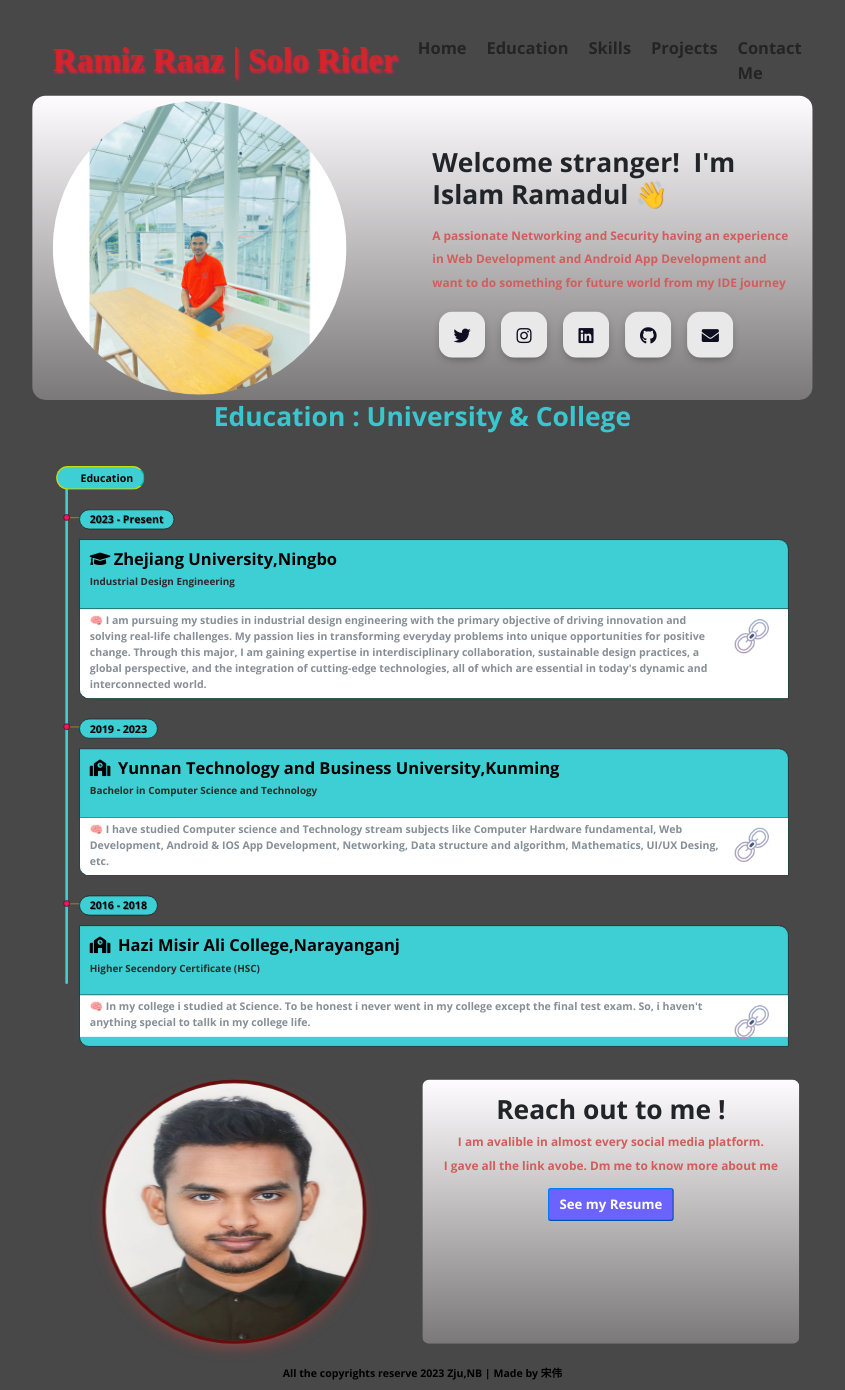
Repository: ramizraaz/ZjuProtfolio
Page: index.html
An editor plug-in stored every save of this project. The page is shown before and after the next save, followed by the edit.
The browser window is 1280 px wide. The pictures show the whole page, at 66% of full size.
Some web fonts or font styles are not loaded; a fallback is used. Some web libraries are served in a nearby version.

Above is the page before, as saved 2023-10-08 19:47:37.

### index.html
<!DOCTYPE html>
<html lang="en" dir="ltr">

<head>
    <meta charset="utf-8">
    <meta name="viewport" content="width=device-width,initial-scale=1">
    <title>宋伟's Profile | Personal website</title>
    <link rel="icon" href="Image/RR.png">
    <link rel="stylesheet" href="https://stackpath.bootstrapcdn.com/bootstrap/4.5.0/css/bootstrap.min.css" integrity="sha384-9aIt2nRpC12Uk9gS9baDl411NQApFmC26EwAOH8WgZl5MYYxFfc+NcPb1dKGj7Sk" crossorigin="anonymous">
    <link rel="stylesheet" href="style.css">
    <link href="https://fonts.googleapis.com/css2?family=Arizonia&family=Montserrat:wght@400;800&display=swap" rel="stylesheet">
    <link href="https://fonts.googleapis.com/css2?family=Open+Sans:wght@700&display=swap" rel="stylesheet">
    <link rel="stylesheet" href="https://use.fontawesome.com/releases/v5.4.1/css/all.css" />
    <link rel="stylesheet" href="https://cdnjs.cloudflare.com/ajax/libs/font-awesome/5.13.1/css/all.min.css">
    <script src="https://code.jquery.com/jquery-3.5.1.slim.min.js" integrity="sha384-DfXdz2htPH0lsSSs5nCTpuj/zy4C+OGpamoFVy38MVBnE+IbbVYUew+OrCXaRkfj" crossorigin="anonymous"></script>
    <script src="https://cdn.jsdelivr.net/npm/popper.js@1.16.0/dist/umd/popper.min.js" integrity="sha384-Q6E9RHvbIyZFJoft+2mJbHaEWldlvI9IOYy5n3zV9zzTtmI3UksdQRVvoxMfooAo" crossorigin="anonymous"></script>
    <script src="https://stackpath.bootstrapcdn.com/bootstrap/4.5.0/js/bootstrap.min.js" integrity="sha384-OgVRvuATP1z7JjHLkuOU7Xw704+h835Lr+6QL9UvYjZE3Ipu6Tp75j7Bh/kR0JKI" crossorigin="anonymous"></script>
</head>

<body class="container-fluid body_section">
    <header>
        <nav class="navbar navbar-expand-lg navbar-light ">
            <a class="navbar-brand brand-name" href="#">Ramiz Raaz | Solo Rider</a>
            <button class="navbar-toggler" type="button" data-toggle="collapse" data-target="#navbarSupportedContent" aria-controls="navbarSupportedContent" aria-expanded="false" aria-label="Toggle navigation">
                  <span class="navbar-toggler-icon"></span>
                </button>
            <div class="collapse navbar-collapse" id="navbarSupportedContent">
                <ul class="navbar-nav ml-auto">
                    <li class="nav-item">
                        <a class="nav-link headerachor" href="index.html">Home</a>
                    </li>

                    <li class="nav-item">
                        <a class="nav-link headerachor" href="#Education">Education</a>
                    </li>
                    <li class="nav-item">
                        <a class="nav-link headerachor" href="">Skills</a>
                    </li>
                    <li class="nav-item">
                        <a class="nav-link headerachor" href="">Projects</a>
                    </li>
                    <li class="nav-item">
                        <a class="nav-link headerachor" href="">Contact Me</a>
                    </li>
                </ul>
        </nav>
    </header>
    <!-- Intro Section -->
    <section id="Home">
        <div class="row column1">
            <div class="col-lg-6 col-md-6 first-image">
                <img class="boyimage" src="img/me.gif" alt="">
            </div>
            <div class="col-lg-6 section-1">
                <h1 class="Hello">Welcome stranger!&nbsp&nbspI'm Islam Ramadul <span class="wave">👋</span></h1>
                <p>A passionate Networking and Security having an experience in Web Development and Android App Development and want to do something for future world from my IDE journey</p>
                <div class=social_media_icon>
                    <a class="btn" href="https://twitter.com/ramiz_raaz" target=_blank>
                        <i class="fab fa-twitter"></i>
                    </a>
                    <a class="btn" href="https://www.instagram.com/ramiz_raaz/" target=_blank>
                        <i class="fab fa-instagram"></i>
                    </a>
                    <a class="btn" href="https://www.linkedin.com/" target=_blank>
                        <i class="fab fa-linkedin" aria-hidden="true"></i>
                    </a>
                    <a class="btn" href="https://github.com/ramizraaz" target=_blank>
                        <i class="fab fa-github"></i>
                    </a>
                    <a class="btn" href="mailto:romiz.romeo.raaz@gmail.com/" target=_blank>
                        <i class="fa fa-envelope"></i>
                    </a>
                </div>
            </div>
    </section>
    <!-- Education Section -->
    <section id="Education">
        <div class="container">
            <div class="Heading">
                <h1>Education : University & College</h1>
                <br>
            </div>
            <div class="timeline">
                <div class="timeline-month">
                    Education
                </div>
                <div class="timeline-section">
                    <div class="timeline-date">
                        2023 - Present
                    </div>
                    <div class="row">
                        <div class="col-lg">
                            <div class="timeline-box">
                                <div class="box-title">
                                    <i class="fas fa-graduation-cap" aria-hidden="true"></i>Zhejiang University,Ningbo
                                    <p class="degree">Industrial Design Engineering</p>
                                </div>
                                <div class="box-content">
                                    <a class="btn-sm  float-right" role="button" href="https://www.zju.edu.cn/english/" target=_blank><img src="img/BTN.png" alt="visit here"></a>
                                    <div class="box-item">🧠 I am pursuing my studies in industrial design engineering with the primary objective of driving innovation and solving real-life challenges. My passion lies in transforming everyday problems into unique opportunities
                                        for positive change. Through this major, I am gaining expertise in interdisciplinary collaboration, sustainable design practices, a global perspective, and the integration of cutting-edge technologies, all of which
                                        are essential in today's dynamic and interconnected world.</div>
                                </div>
                            </div>
                        </div>
                    </div>
                </div>

                <div class="timeline-section">
                    <div class="timeline-date">
                        2019 - 2023
                    </div>
                    <div class="row">
                        <div class="col-lg">
                            <div class="timeline-box">
                                <div class="box-title">
                                    <i class="fas fa-school" aria-hidden="true"></i> Yunnan Technology and Business University,Kunming
                                    <p class="degree">Bachelor in Computer Science and Technology</p>
                                </div>
                                <div class="box-content">
                                    <a class="btn-sm  float-right" role="button" href="https://www.ytbu.edu.cn/" target=_blank><img src="img/BTN.png" alt="visit here"></a>
                                    <div class="box-item ">🧠 I have studied Computer science and Technology stream subjects like Computer Hardware fundamental, Web Development, Android & IOS App Development, Networking, Data structure and algorithm, Mathematics, UI/UX Desing,
                                        etc.
                                    </div>

                                </div>
                            </div>
                        </div>
                    </div>
                </div>

                <div class="timeline-section ">
                    <div class="timeline-date ">
                        2016 - 2018
                    </div>
                    <div class="row ">
                        <div class="col-lg ">
                            <div class="timeline-box ">
                                <div class="box-title ">
                                    <i class="fas fa-school " aria-hidden="true "></i> Hazi Misir Ali College,Narayanganj
                                    <p class="degree "> Higher Secendory Certificate (HSC)</p>
                                </div>
                                <div class="box-content ">
                                    <a class="btn-sm float-right " role="button" href="http://hmuc.edu.bd/" target=_blank><img src="img/BTN.png" alt="visit here"></a>
                                    <div class="box-item ">🧠 In my college i studied at Science. To be honest i never went in my college except the final test exam. So, i haven't anything special to tallk in my college life.</div>
                                    <div class="box-item "><b>
                                </div>
                            </div>
                        </div>
                    </div>
                </div>
            </div>
        </div>
    </section>
<!-- Contact Section -->
<section id="contact">
    <div class="row first-section">
        <div class="col-lg-6 col-md-6">
            <img class = "Profilepic" src="img/me.jpg" alt="">
        </div>
        <div class="col-lg-6 col-md-6 context">
            <h1>Reach out to me !</h1>
            <p>I am avalible in almost every social media platform.<br>
                I gave all the link avobe. Dm me to know more about me</p>
                <a href="JCRN  Resume.pdf" target=_blank><button type="button" class=" btn-primary btn-lg Resume">See my Resume</button></a>
         </div>
    </div>
    </section>

    <footer class=footer>All the copyrights reserve 2023 Zju,NB | Made by 宋伟</footer>
</body>

</html>

### style.css
body {
    font-family: 'Open Sans', sans-serif;
    margin: 0;
    background: #b1adad;
    animation: pulse 10s infinite;
}

@keyframes pulse {
    0% {
        background: #F2F2F2;
    }
    10% {
        background: #FFFFFF;
    }
    20% {
        background: #d6d6d6e2;
        ;
    }
    30% {
        background: #acacacd8;
    }
    40% {
        background: #6b6b6bcf;
    }
    50% {
        background: #484848;
    }
    60% {
        background: #292929c8;
    }
    70% {
        background: #2f2e2ebc;
    }
    80% {
        background: #242424bb;
    }
    90% {
        background: #1e1e1ef7;
    }
    100% {
        background: #a6a6a6;
    }
}

.body_section {
    padding: 3% 5% 1%;
}

p {
    font-size: 18px;
}

a {
    text-decoration: none;
}

@font-face {
    font-family: "Lovely Home";
    src: local('Lovely Home'), url("Image/LovelyHome-9aBZ.ttf") format('truetype');
}

.brand-name,
.navbar-light .navbar-brand {
    font-family: "Lovely Home";
    font-size: 50px;
    font-weight: bold;
    color: #d72525e4;
    text-shadow: 2px 2px 4px #e71f4a;
}

.headerachor {
    margin: 0 7px 0 7px;
    border-radius: 15px;
    font-size: 25px;
}

.headerachor:hover {
    background-color: #ffffff82;
}


/* Section 1 */

.column1 {
    background-image: linear-gradient(#fefcfe, #7a7878);
    padding: 8px 16px;
    border-radius: 20px;
}

.section-1 {
    margin-top: 6%;
    text-align: left;
    position: relative;
}

span.wave {
    animation-name: wave-animation;
    animation-duration: 2.5s;
    animation-iteration-count: infinite;
    transform-origin: 70% 70%;
    display: inline-block;
}

@keyframes wave-animation {
    0% {
        transform: rotate( 0.0deg)
    }
    10% {
        transform: rotate(-10.0deg)
    }
    20% {
        transform: rotate( 12.0deg)
    }
    30% {
        transform: rotate(-10.0deg)
    }
    40% {
        transform: rotate( 9.0deg)
    }
    50% {
        transform: rotate( 0.0deg)
    }
    100% {
        transform: rotate( 0.0deg)
    }
}

.boyimage {
    height: 445px;
    border-radius: 50%;
}

@media only screen and (max-width: 1183px) {
    .first-image {
        right: 160px;
    }
}

.Image-boy {
    text-align: center;
    align-items: center;
}

@media only screen and (min-width:951px) {
    .Image-boy {
        display: none;
    }
}

.Hello {
    margin-bottom: 20px;
}

p {
    line-height: 2;
    color: #d35d5d;
}

.btn {
    display: inline-block;
    width: 4.37rem;
    height: 4.37rem;
    background: #e9e9e9;
    padding: 0px 0px;
    margin: 10px;
    border-radius: 30%;
    box-shadow: 0 5px 15px -5px #00000070;
    color: #0f0d20;
    overflow: hidden;
    position: relative;
}

.btn i {
    line-height: 70px;
    font-size: 1.625rem;
    transition: 0.2s linear;
}

.btn:hover i {
    transform: scale(1.3);
    color: #f1f1f1;
}

.btn::before {
    content: "";
    position: absolute;
    width: 120%;
    height: 120%;
    background: #f37312;
    transform: rotate(45deg);
    left: -110%;
    top: 90%;
}

.btn:hover::before {
    animation: aaa 0.7s 1;
    top: -10%;
    left: -10%;
}

@media only screen and (max-width:470px) {
    .btn {
        width: 2.5rem;
        height: 2.5rem;
        margin: 7px;
    }
    .btn i {
        line-height: 40px;
        font-size: 1em;
    }
}


/* Education CSS */

.Heading {
    text-align: center;
    color: #3ac6ce;
}

.timeline {
    margin-top: 20px;
    position: relative;
}

.timeline:before {
    position: absolute;
    content: '';
    width: 4px;
    height: calc(100% - 100px);
    background: #3dcfd4;
    left: 14px;
    top: 5px;
    border-radius: 4px;
}

.timeline-month {
    color: black;
    position: relative;
    padding: 4px 15px 4px 35px;
    background-color: #3dcfd4;
    display: inline-block;
    width: auto;
    border-radius: 40px;
    border: 2px solid #c3e006;
    border-right-color: rgb(6, 193, 183);
    margin-bottom: 30px;
}

.timeline-section {
    padding-left: 35px;
    display: block;
    position: relative;
    margin-bottom: 30px;
}

.timeline-date {
    margin-bottom: 15px;
    padding: 2px 15px;
    background: #3dcfd4;
    position: relative;
    display: inline-block;
    border-radius: 20px;
    border: 1px solid #1b1717;
    color: black;
    text-shadow: 1px 1px 1px rgba(0, 0, 0, 0.3);
}

.timeline-section:before {
    content: '';
    position: absolute;
    width: 30px;
    height: 1px;
    background-color: #e89014;
    top: 12px;
    left: 20px;
}

.timeline-section:after {
    content: '';
    position: absolute;
    width: 10px;
    height: 10px;
    background: #f3155b;
    top: 7px;
    left: 11px;
    border: 1px solid #17191B;
    border-radius: 100%;
}

.timeline-box {
    position: relative;
    color: black;
    background-color: #3dcfd4;
    border-radius: 15px;
    border-top-left-radius: 0px;
    border-bottom-right-radius: 0px;
    border: 1px solid #17191B;
    transition: all 0.3s ease;
    overflow: hidden;
}

.box-icon {
    position: absolute;
    right: 5px;
    top: 0px;
}

.box-title {
    padding: 10px 15px;
    font-size: 25px;
    border-bottom: 1px solid #17191B;
}

.degree {
    font-size: 15px;
    color: #2b2b2b;
}

.box-title i {
    margin-right: 5px;
}

.box-content {
    padding: 5px 15px;
    background-color: white;
}

.box-item {
    margin-bottom: 5px;
    color: #868e96;
    font-weight: 400;
}

.certificate {
    padding-top: 20px;
}

.certificate-text {
    text-align: center;
}

.box-shadow {
    box-shadow: 5px 5px 5px #d9dbdf;
}


/* Contact style */

#contact {
    padding: 20px 20px 10px;
}

.first-section {
    text-align: center;
}

.Profilepic {
    border-radius: 100%;
    width: 400px;
    height: 400px;
    border: 5px solid;
    border-color: #660c0c;
    box-shadow: 0 10px 30px -15px rgba(230, 71, 71, 0.897);
    ;
}

.context {
    border-radius: 10px;
    background-image: linear-gradient(#fefcfe, #7a7878);
    text-align: center;
    padding-top: 20px;
}

.ico {
    padding: 0;
}

.icon {
    text-decoration: none;
    list-style: none;
    margin: 0 7px 0;
    display: inline;
}

.github {
    color: gray;
}

.instagram {
    color: #fb3958;
}

.linkedin {
    color: #0e76a8;
}

.google {
    color: #ea4335;
}

.github:hover,
.instagram:hover,
.google:hover,
.linkedin:hover {
    color: black;
}

.Resume {
    background-color: #6c63ff;
}

.Resume:hover {
    color: black;
    background-color: white;
}

.second-section {
    text-align: center;
}

.connect {
    font-weight: normal;
    margin-top: 30px;
    margin-bottom: 20px;
    font-size: 30px;
    color: white;
    background-color: #6c63ff;
    padding: 10px 30px 10px;
    margin-left: 12%;
    margin-right: 12%;
    border-radius: 10px;
}

.connection {
    margin-top: 30px;
    margin-left: 290px;
    width: 100%;
    height: 100%;
    margin-bottom: 10px;
}

.sayhello {
    margin-top: 15px;
    border: 1px solid #6c63ff;
    border-radius: 10px;
    padding: 10px 20px 10px;
}

.sayhello:hover {
    text-align: none;
    text-decoration: none;
    color: white;
    background-color: #6c63ff;
}

span.wave {
    animation-name: wave-animation;
    animation-duration: 2.5s;
    animation-iteration-count: infinite;
    transform-origin: 70% 70%;
    display: inline-block;
}

@keyframes wave-animation {
    0% {
        transform: rotate( 0.0deg)
    }
    10% {
        transform: rotate(-10.0deg)
    }
    20% {
        transform: rotate( 12.0deg)
    }
    30% {
        transform: rotate(-10.0deg)
    }
    40% {
        transform: rotate( 9.0deg)
    }
    50% {
        transform: rotate( 0.0deg)
    }
    100% {
        transform: rotate( 0.0deg)
    }
}

@media only screen and (max-width: 950px) {
    body,
    html {
        text-align: center;
        font-size: 16px;
        line-height: normal;
    }
    h1 {
        font-size: 30px;
    }
    .connect {
        font-size: 20px;
    }
    .connection {
        margin-left: 0px;
    }
}

footer {
    padding-top: 2%;
    color: #000000;
    text-align: center;
}

After the next save:
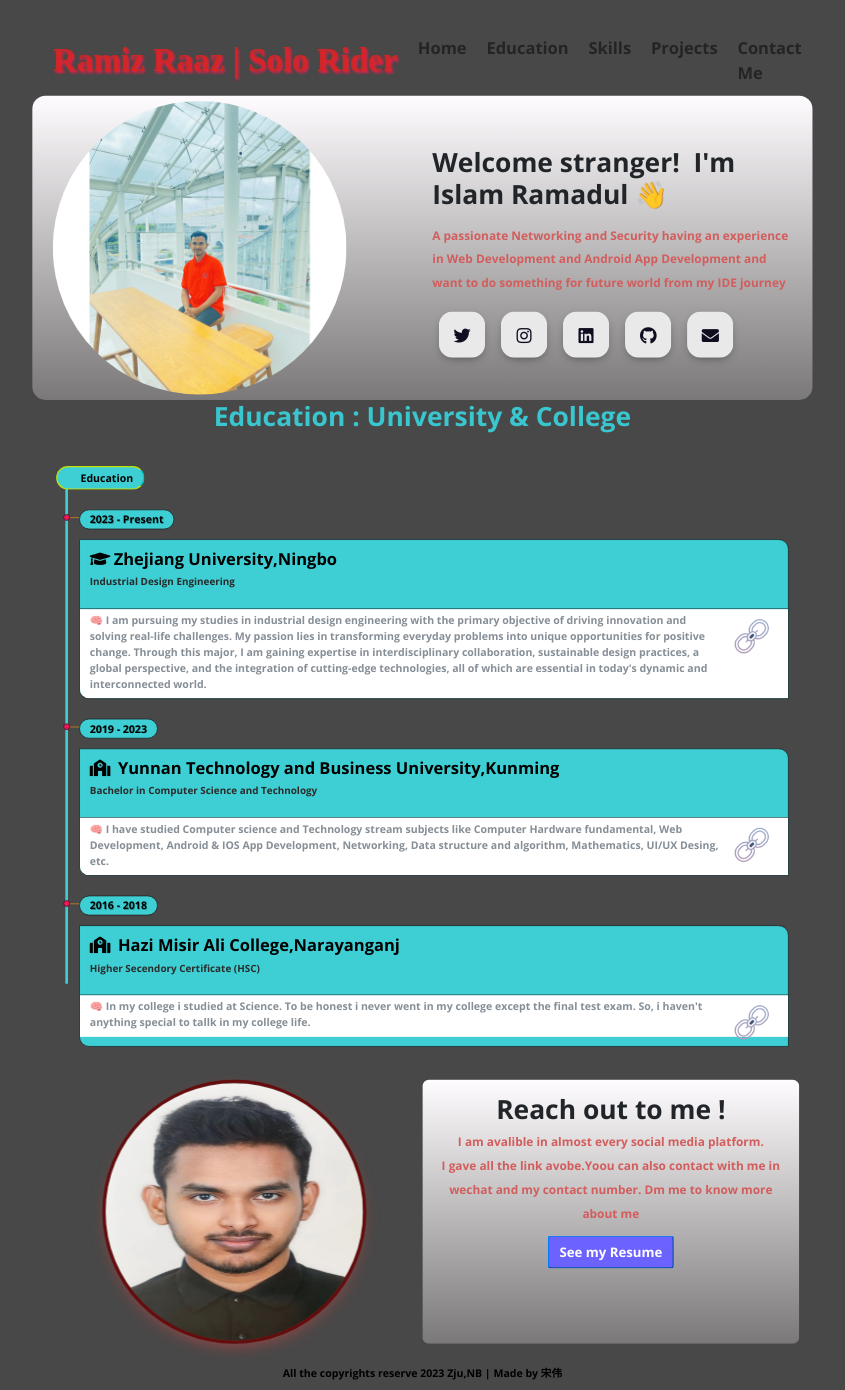
Saved 29 s later.
--- a/index.html
+++ b/index.html
@@ -161,7 +161,7 @@
         <div class="col-lg-6 col-md-6 context">
             <h1>Reach out to me !</h1>
             <p>I am avalible in almost every social media platform.<br>
-                I gave all the link avobe. Dm me to know more about me</p>
+                I gave all the link avobe.Yoou can also contact with me in wechat and my contact number. Dm me to know more about me</p>
                 <a href="JCRN  Resume.pdf" target=_blank><button type="button" class=" btn-primary btn-lg Resume">See my Resume</button></a>
          </div>
     </div>
